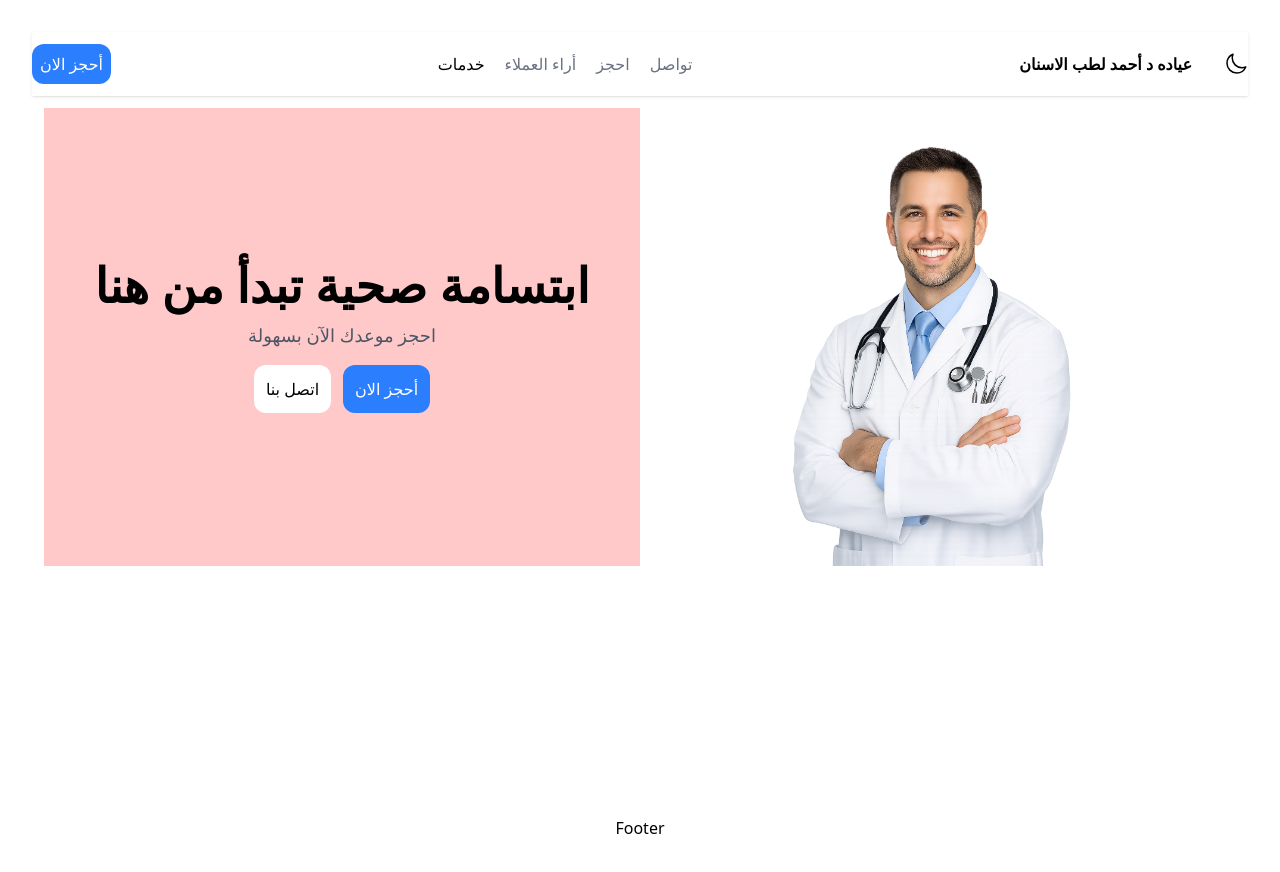
Repository: mohamedehab23-pro/clinic
Page: /
An editor plug-in stored every save of this project. The page is shown before and after a run of saves, followed by the edit.
The browser window is 1280 px wide. The pictures show the whole page.
The project was rebuilt for these pictures with package versions that can differ from the ones it lists, and the page was loaded fresh each time. Also part of the build but not shown: vite.config.js, src/Pages/AboutPage.jsx, src/Pages/ContactPage.jsx, src/Pages/NotFound.jsx, src/Components/Child.jsx, src/Components/Parent.jsx.

Above is the page before, as saved 2026-02-22 14:21:10.

After the next 3 saves:
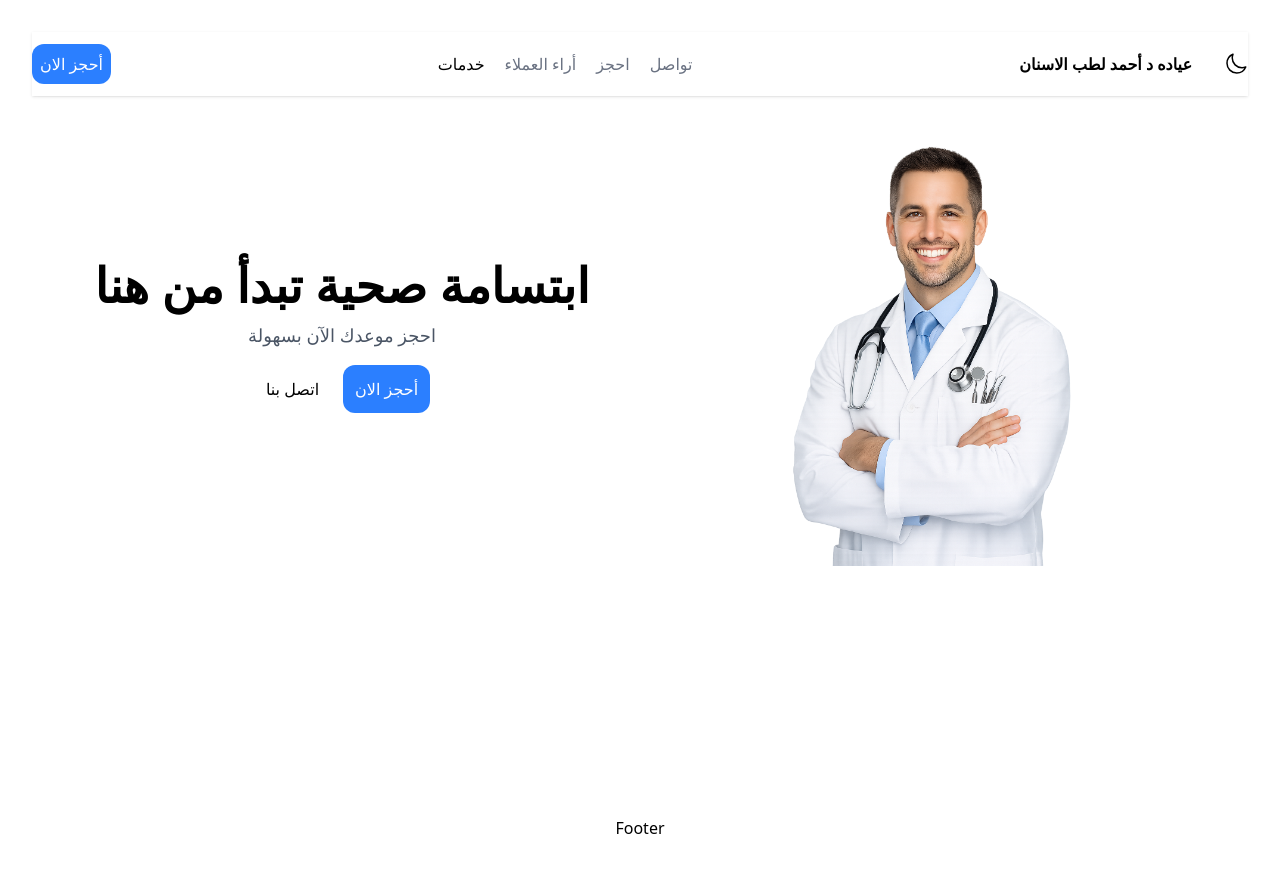
The 3 saves are shown as one change because they came seconds apart.
The last was saved 19 s later.
--- a/src/Pages/HeroPage.jsx
+++ b/src/Pages/HeroPage.jsx
@@ -5,7 +5,7 @@ export default function HomePage() {
   return (
     <div className='dark:bg-gray-800 min-h-screen p-3'>
       <div className='flex justify-around'>
-<div className='bg-red-200 w-full flex flex-col justify-center text-center '>
+<div className=' w-full flex flex-col justify-center text-center '>
 <h2 className='text-5xl font-extrabold '>ابتسامة صحية تبدأ من هنا</h2>
 <p className='text-gray-600 pt-3 text-lg'>احجز موعدك الآن بسهولة</p>
   <div className='flex gap-3 justify-center mt-4'>
